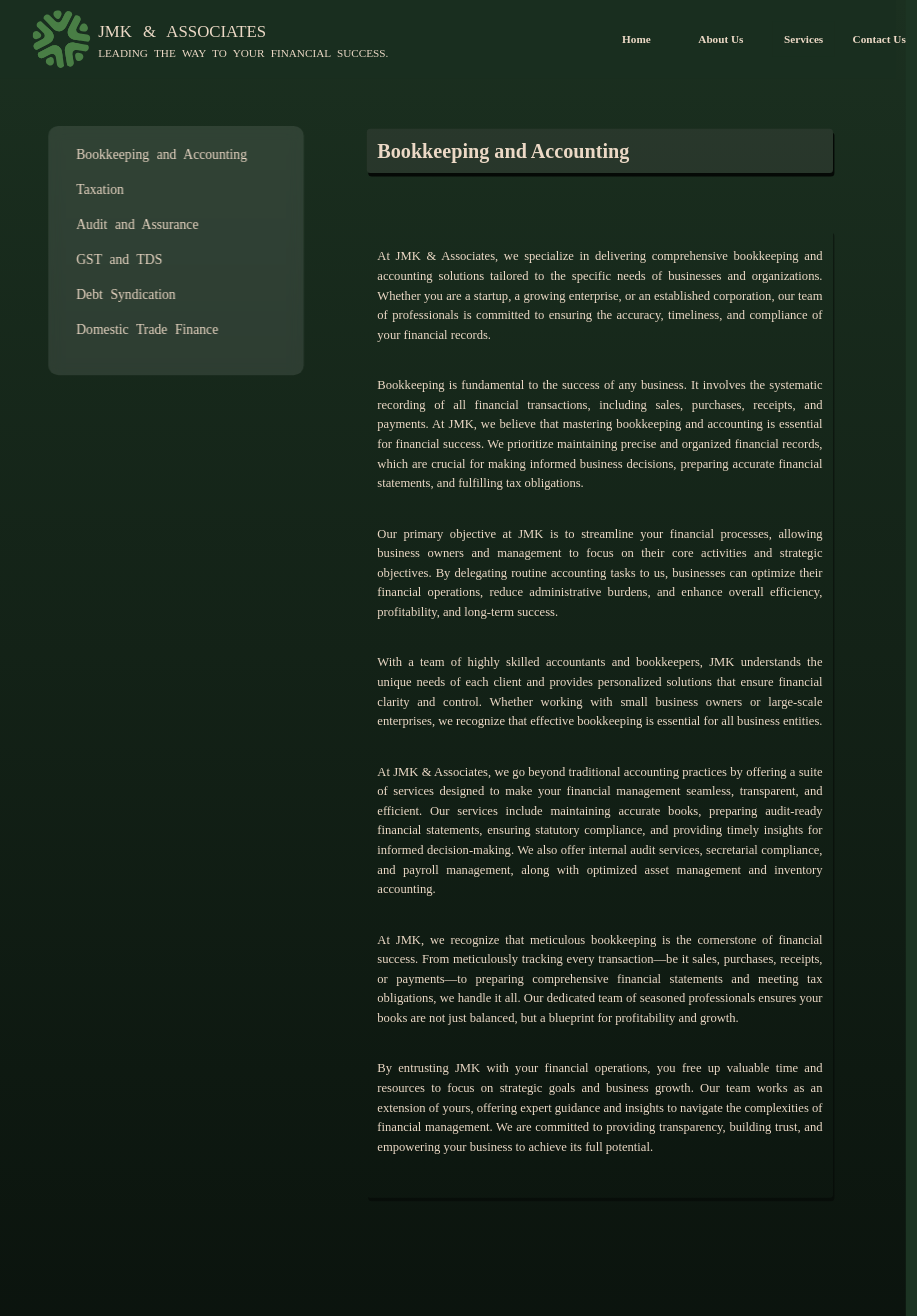
Repository: gama113/jmk
Page: movie/jmk.online/bookkeeping.html
An editor plug-in stored every save of this project. The page is shown before and after the next save, followed by the edit.
The browser window is 1280 px wide. The page is 1294 px wide, then 1310 px, so the pictures cover 1310 px, including what lies to the right of the window. The pictures show the part of the page from y = 0 to 1880 px (the page is 2465 px tall), at 70% of full size.

Above is the page before, as saved 2025-03-22 17:36:29.

After the next save:
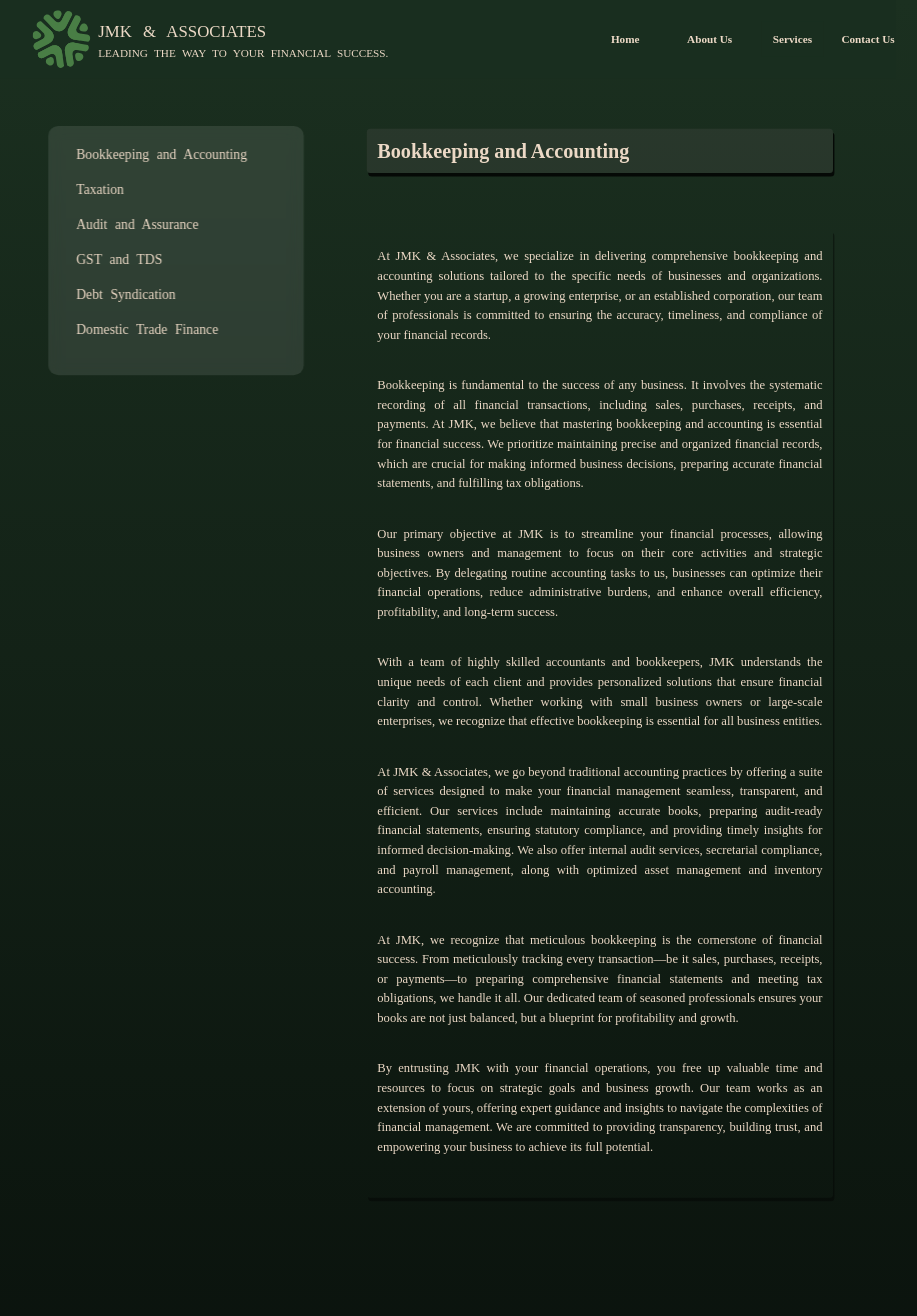
Saved 17 s later.
--- a/movie/jmk.online/style_services.css
+++ b/movie/jmk.online/style_services.css
@@ -127,10 +127,7 @@ body {
 }
 
 
-.marg_r_cus {
-    margin-right: 0 !important;
-    padding-right: 0 !important;
-}
+
 
 
 
